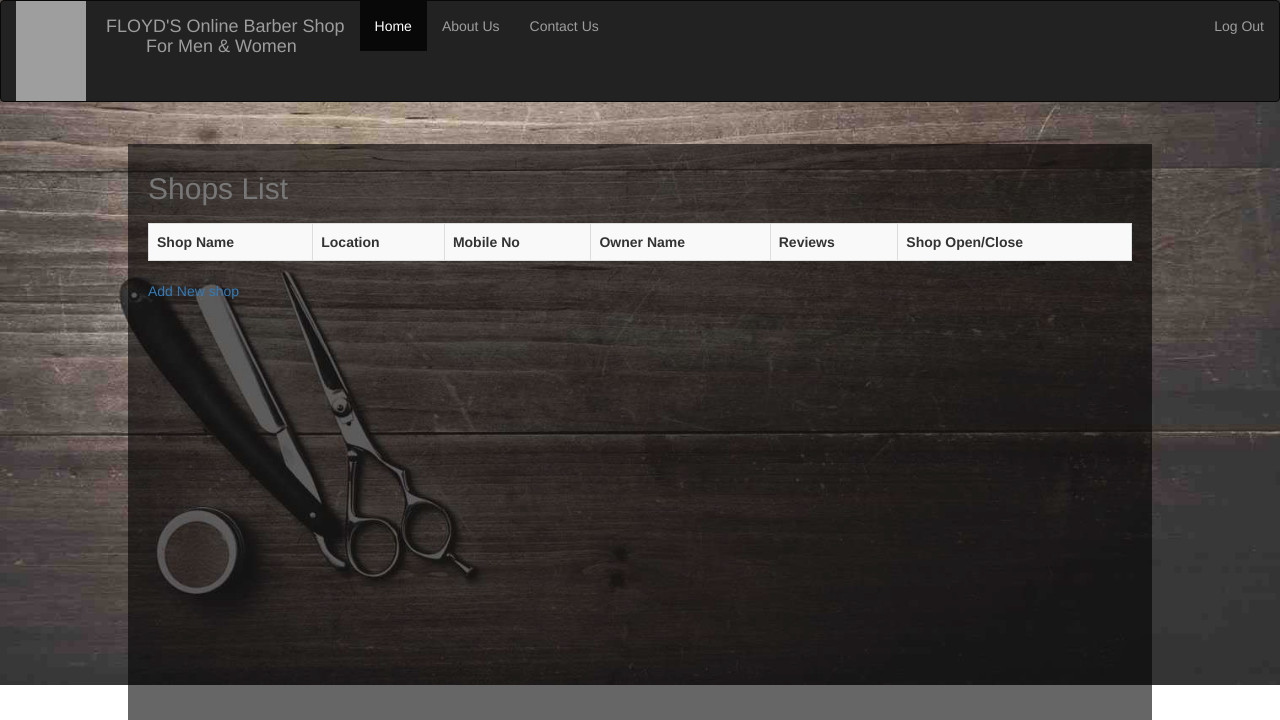
Repository: Mithil-Chavan/OnlineBarbershopManagementSystem
Page: http://localhost/OnlineBarberShop/WEB-INF/views/admin/shopsdetails.jsp
These files come from the project's save history. The page is drawn as it stood at one moment and after the next save; the edit follows.
The browser window is 1280 px wide. The pictures show the whole page.
The page is served by Tomcat 9. Nobody is signed in. Other server files are loaded and not shown. The template is opened directly, without the code that normally fills it, so the values that code supplies are empty.

Above is the page before, as saved 2021-03-25 07:01:16.

### OnlineBarberShop/OnlineBarberShop/src/main/webapp/WEB-INF/views/admin/shopsdetails.jsp
<%@ page language="java" contentType="text/html; charset=ISO-8859-1"
    pageEncoding="ISO-8859-1"%>

        <%@ taglib uri="http://java.sun.com/jsp/jstl/core" prefix="c"%>
<%@ taglib uri="http://www.springframework.org/tags" prefix="spring"%>
<%@ taglib uri="http://www.springframework.org/tags/form" prefix="sf"%>




<!DOCTYPE html>
<html lang="en">
<head>
  <title>Online Barber Shop</title>
  <meta charset="utf-8">
  <meta name="viewport" content="width=device-width, initial-scale=1">
  <link rel="stylesheet" href="https://maxcdn.bootstrapcdn.com/bootstrap/3.4.1/css/bootstrap.min.css">
  <script src="https://ajax.googleapis.com/ajax/libs/jquery/3.5.1/jquery.min.js"></script>
  <script src="https://maxcdn.bootstrapcdn.com/bootstrap/3.4.1/js/bootstrap.min.js"></script>
</head>
<body>
<style>
body {
	margin: 0;
	padding: 0;
	font-weight: Century Gothic;
	 background: url("http://localhost:8080/Background1.jpg")no-repeat;
	background-size: cover;
	background-position: center;
	width:100%; height:650px;
}
.container{
	height: 80vh;
 	width: 80%;
	background: rgba(0, 0, 0, .6);
	position: absolute;
	top: 60%;
	left: 50%;
	transform: translate(-50%, -50%);
	padding: 0 20px;
}

.img{
	height: 140px;
	width: 100px;
	background: url("http://localhost:8080/about1.png")no-repeat;
	background-size: cover;
	background-position:center;
	border-radius: 50px;
	position: absolute;
	top: 0%;
	left: 50%;
	transform: translate(-50%, -50%);
}
.container h1{
	color: white;
	margin-top: 70px;

}
.container p{
	color: white;
	margin-top: 60px;
	font-size: large;

}
.btn{
	background: repeat;
	outline: none;
	border: 1px solid white;
	color: white;
	width: 50%;
	padding: 7px 15px;
	font_size: large;
	cursor: pointer;
	transition: 0.3s ease;
	margin-top: 50px;
}
.btn:hover{
	background: white;
	color: black;

}



</style>

<nav class="navbar navbar-inverse">
  <div class="container-fluid">
  <div class="navbar-header">
    <img src="http://localhost:8080/about1.png" width="70" height="100" alt="Bootstrappin"/>
    </div>
    <div class="navbar-header">
    <a class="navbar-brand" > &nbsp&nbsp&nbsp FLOYD'S Online Barber Shop
      <br>&nbsp&nbsp&nbsp&nbsp&nbsp&nbsp&nbsp&nbsp&nbsp&nbsp&nbsp For Men & Women</br> </a>
    </div>
    <ul class="nav navbar-nav">
      <li class="active"><a href="#">Home</a></li>
       <li><a href="/about">About Us</a></li>
      <li><a href="/contact">Contact Us</a></li>

    </ul>
    <ul class="nav navbar-nav navbar-right">
           <li><a href="<spring:url value='/user/login'/>">Log Out</a></li>
    </ul>
  </div>
</nav>

<div class="container">
 <table border="1" class="table table-striped table-bordered">

		<caption><h2>Shops List</h2></caption>
			<tr>
			<th>Shop Name </th><th>Location</th><th>Mobile No</th><th>Owner Name</th><th>Reviews</th><th>Shop Open/Close </th>
		</tr>
		<c:forEach var="s" items="${requestScope.shops_list}">
			<tr>
				<td>${s.shopName}</td>
				<td>${s.location}</td>
				<td>${s.contactNumber}</td>
				<td>${s.ownerName}</td>
				<td>${s.reviews}</td>
				<td>${s.status}</td>
				<%-- <c:forEach var="serv" items="${s.services}">
				<td>${serv.serviceName}</td>
				</c:forEach>--%>

				<td><a href="<spring:url value='/admin/delete?sid=${s.shopId}'/>">Delete</a></td>
				<td><a href="<spring:url value='/admin/update?sid=${s.shopId}'/>">Update</a></td>
			</tr>
		</c:forEach>
	</table>
	<a href="<spring:url value='/admin/register'/>">Add New shop</a>
</div>

</body>
</html>

After the next save:
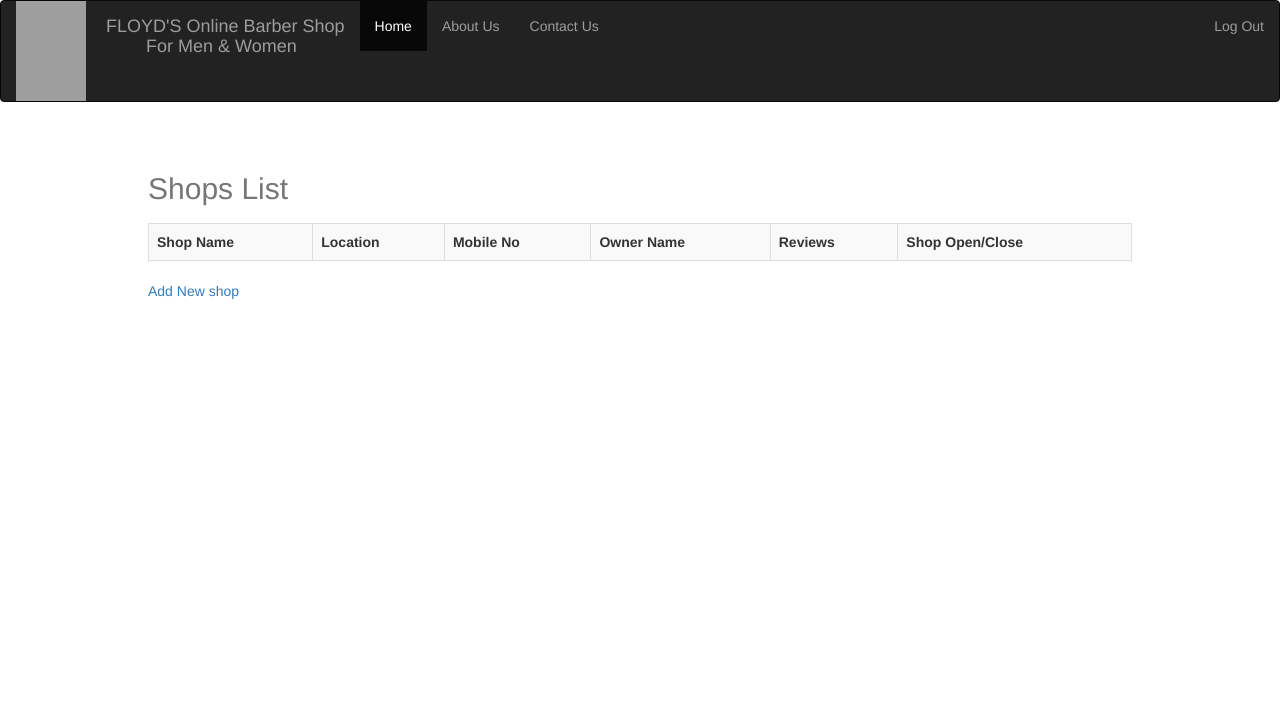
Saved 4 min 14 s later.
--- a/OnlineBarberShop/OnlineBarberShop/src/main/webapp/WEB-INF/views/admin/shopsdetails.jsp
+++ b/OnlineBarberShop/OnlineBarberShop/src/main/webapp/WEB-INF/views/admin/shopsdetails.jsp
@@ -24,15 +24,15 @@ body {
 	margin: 0;
 	padding: 0;
 	font-weight: Century Gothic;
-	 background: url("http://localhost:8080/Background1.jpg")no-repeat;
-	background-size: cover;
+	/*  background: url("http://localhost:8080/Background1.jpg")no-repeat;
+	background-size: cover; */
 	background-position: center;
 	width:100%; height:650px;
 }
 .container{
 	height: 80vh;
  	width: 80%;
-	background: rgba(0, 0, 0, .6);
+	background: rgba(255, 255, 255, .85);
 	position: absolute;
 	top: 60%;
 	left: 50%;
